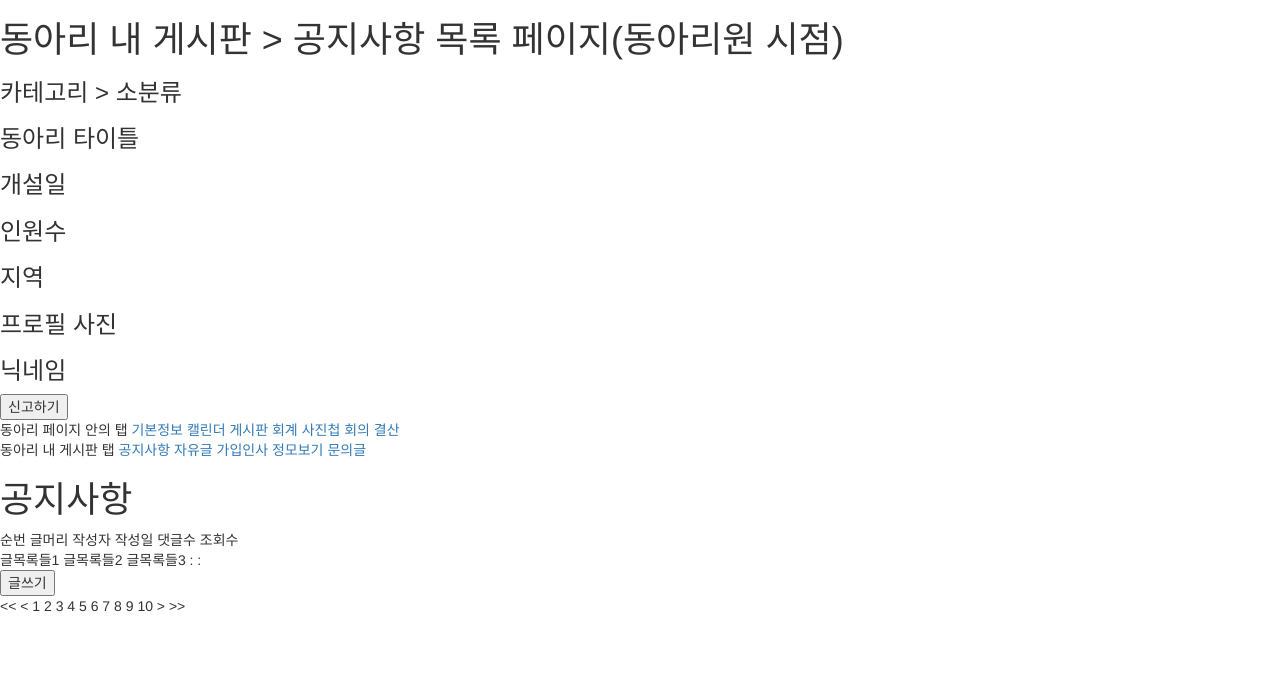
Repository: hyodii/FinalProject
Page: http://localhost/ViewPage/page37.jsp
The author's editor kept a copy of each file at every save. The page is drawn from the files as they stood at one save, then again after the next save.
The browser window is 1280 px wide. The pictures show the whole page.
The page is served by Tomcat 9.

Above is the page before, as saved 2021-12-03 12:12:59.
Console error (its wording comes from the project's code and is left out).

### ViewPage/WebContent/page37.jsp
<%@ page language="java" contentType="text/html; charset=UTF-8"
    pageEncoding="UTF-8"%>
<!DOCTYPE html>
<html>
<head>
<meta charset="UTF-8">
<title>Page37</title>
<!-- 합쳐지고 최소화된 최신 CSS -->
<link rel="stylesheet" href="https://maxcdn.bootstrapcdn.com/bootstrap/3.3.2/css/bootstrap.min.css">

<!-- 부가적인 테마 -->
<link rel="stylesheet" href="https://maxcdn.bootstrapcdn.com/bootstrap/3.3.2/css/bootstrap-theme.min.css">

<!-- 합쳐지고 최소화된 최신 자바스크립트 -->
<script src="https://maxcdn.bootstrapcdn.com/bootstrap/3.3.2/js/bootstrap.min.js"></script>
</head>
<body>

<div>
	<h1>동아리 내 게시판 > 공지사항 목록 페이지(동아리원 시점)</h1>
</div>

<div>
	<h3>카테고리 > 소분류</h3>
	<h3>동아리 타이틀</h3>
	<h3>개설일</h3>
	<h3>인원수</h3>
	<h3>지역</h3>
	<h3>프로필 사진</h3>
	<h3>닉네임</h3>
	<button type="submit">신고하기</button>
</div>

<div>
동아리 페이지 안의 탭
	<a>기본정보</a>
	<a>캘린더</a>
	<a>게시판</a>
	<a>회계</a>
	<a>사진첩</a>
	<a>회의</a>
	<a>결산</a>
</div>

<div>
동아리 내 게시판 탭
	<a>공지사항</a>
	<a>자유글</a>
	<a>가입인사</a>
	<a>정모보기</a>
	<a>문의글</a>
</div>

<div><h1>공지사항</h1></div>

<div>
	순번
	글머리
	작성자
	작성일
	댓글수
	조회수
</div>

<div>
	글목록들1
	글목록들2
	글목록들3
		:
		:
</div>

<div>
	<button type="submit">글쓰기</button>
</div>

<div>
	<<  < 1 2 3 4 5 6 7 8 9 10 >  >>
</div>

</body>
</html>

After the next save:
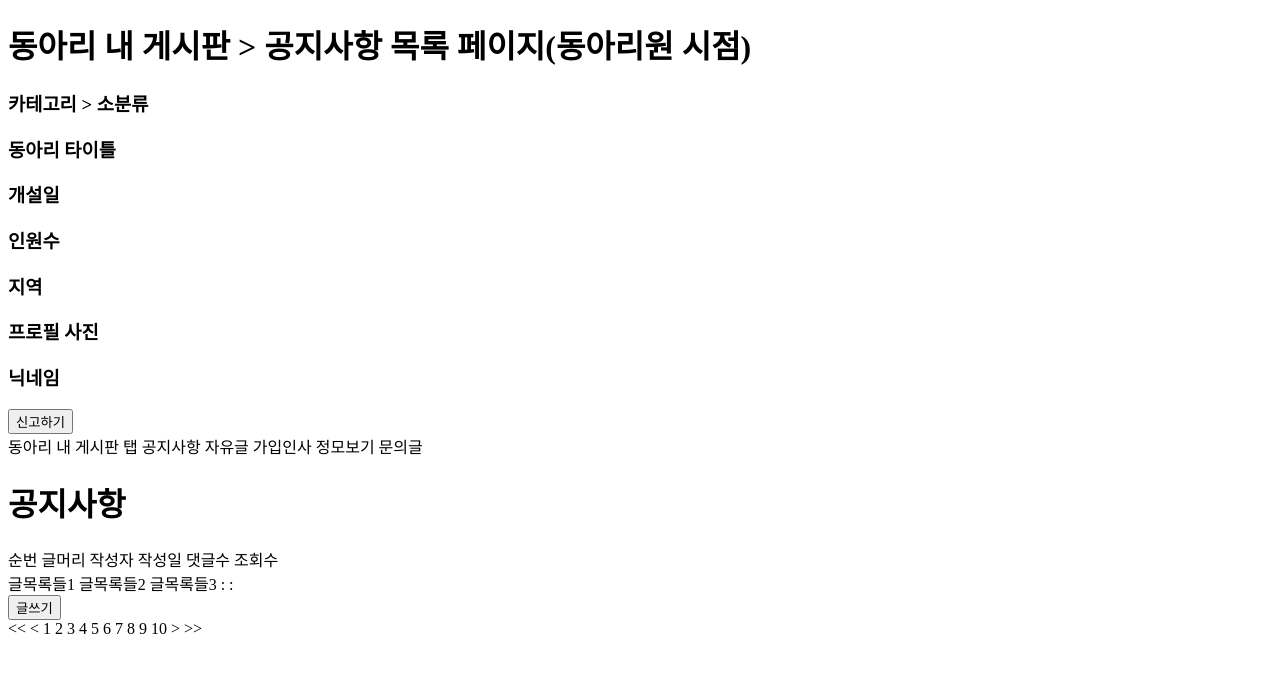
The error is gone.
Saved 53 min 5 s later.
--- a/ViewPage/WebContent/page37.jsp
+++ b/ViewPage/WebContent/page37.jsp
@@ -5,14 +5,6 @@
 <head>
 <meta charset="UTF-8">
 <title>Page37</title>
-<!-- 합쳐지고 최소화된 최신 CSS -->
-<link rel="stylesheet" href="https://maxcdn.bootstrapcdn.com/bootstrap/3.3.2/css/bootstrap.min.css">
-
-<!-- 부가적인 테마 -->
-<link rel="stylesheet" href="https://maxcdn.bootstrapcdn.com/bootstrap/3.3.2/css/bootstrap-theme.min.css">
-
-<!-- 합쳐지고 최소화된 최신 자바스크립트 -->
-<script src="https://maxcdn.bootstrapcdn.com/bootstrap/3.3.2/js/bootstrap.min.js"></script>
 </head>
 <body>
 
@@ -31,16 +23,6 @@
 	<button type="submit">신고하기</button>
 </div>
 
-<div>
-동아리 페이지 안의 탭
-	<a>기본정보</a>
-	<a>캘린더</a>
-	<a>게시판</a>
-	<a>회계</a>
-	<a>사진첩</a>
-	<a>회의</a>
-	<a>결산</a>
-</div>
 
 <div>
 동아리 내 게시판 탭
